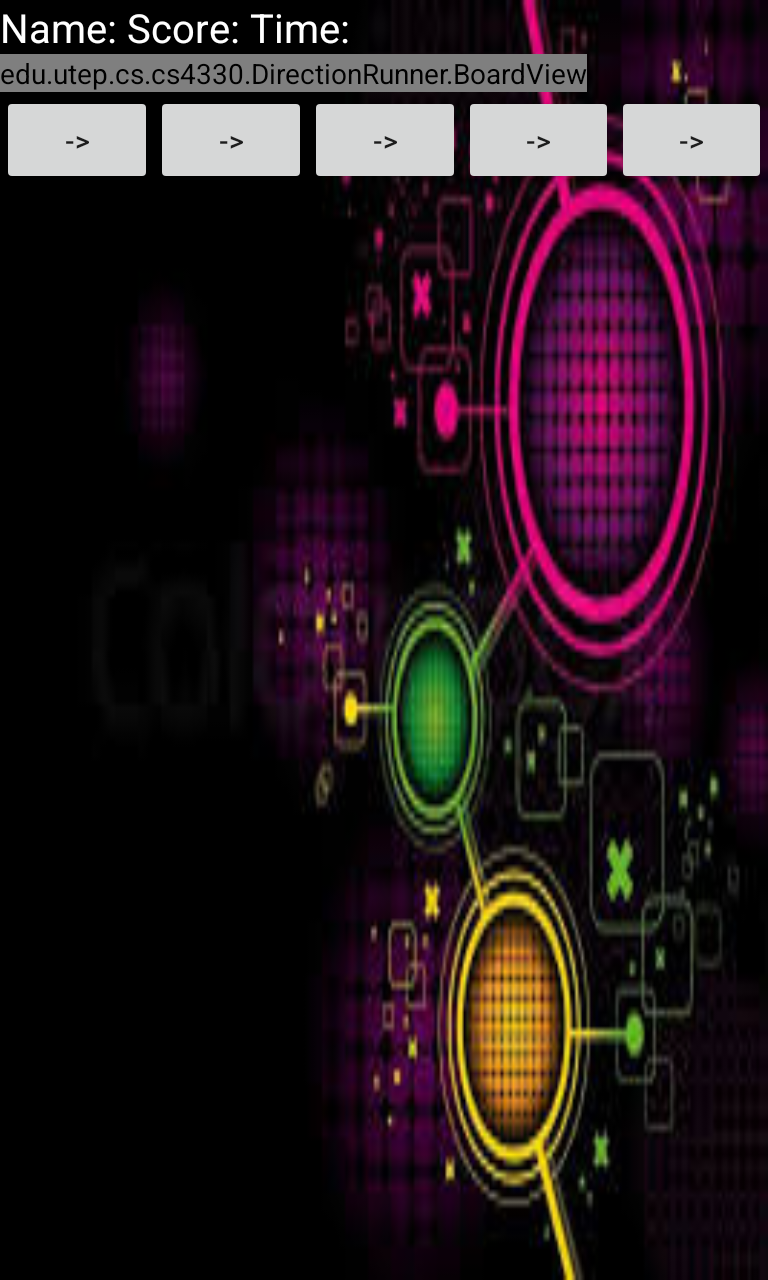
Repository: RedJaVa68/DirectionRunner
Layout: DirectionRunner/res/layout/game_activity.xml
An editor plug-in stored every save of this project. The layout is shown before and after the next save, followed by the edit.
Pictures or frames that could not be fetched are drawn as grey boxes. It is drawn on a 768 x 1280 px phone screen (xhdpi) without system bars, with theme AppTheme; the app's code is not run.

Above is the layout before, as saved 2015-05-06 23:43:11.

After the next save:
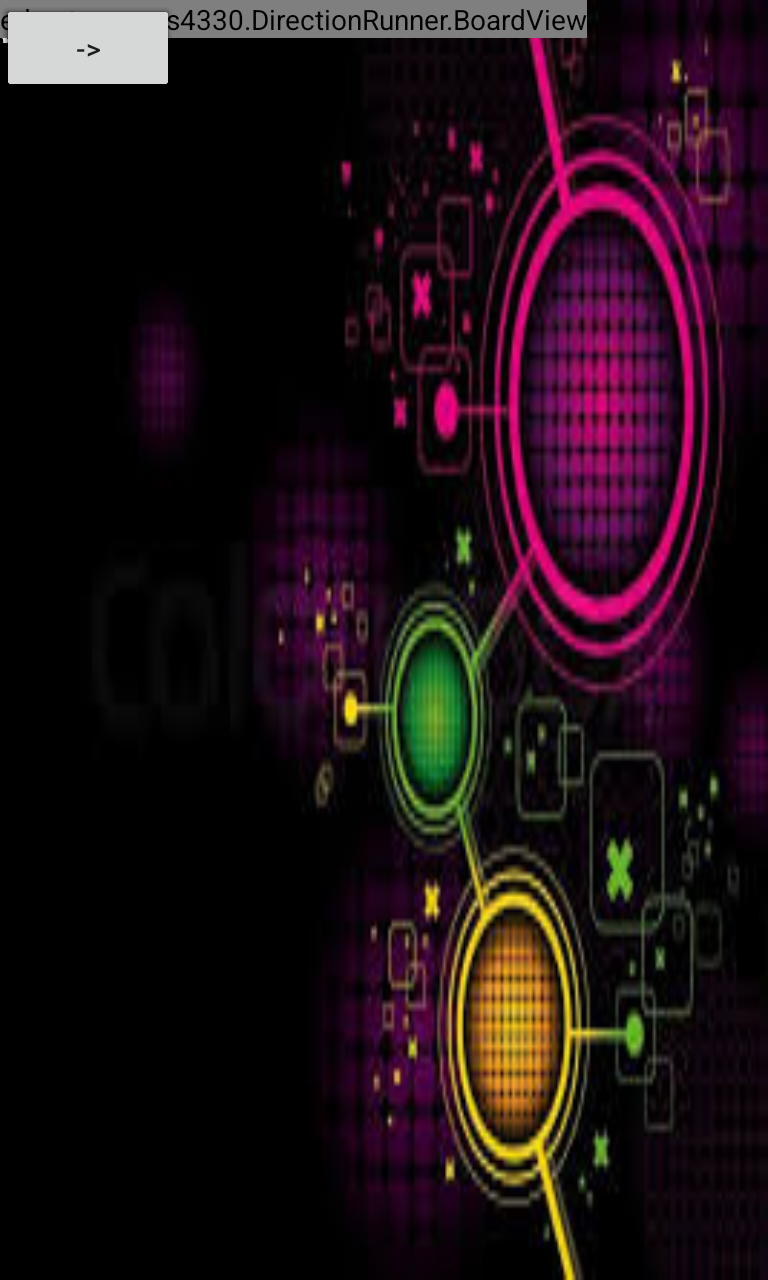
Saved 2 min 48 s later.
--- a/DirectionRunner/res/layout/game_activity.xml
+++ b/DirectionRunner/res/layout/game_activity.xml
@@ -4,13 +4,13 @@
     android:layout_height="match_parent"
     android:fillViewport="true"
     xmlns:android="http://schemas.android.com/apk/res/android">
-<LinearLayout
+<FrameLayout
     android:layout_width="fill_parent"
     android:layout_height="fill_parent"
     android:orientation="vertical"
     android:weightSum="3"
     android:background="@drawable/bg">
-    <LinearLayout
+    <FrameLayout
         android:layout_width="wrap_content"
         android:layout_height="wrap_content"
         android:orientation="horizontal">
@@ -39,8 +39,8 @@
             android:textSize="20sp"
             android:textColor="#ffffff"/>
 
-    </LinearLayout>
-    <LinearLayout
+    </FrameLayout>
+    <FrameLayout
         android:layout_width="wrap_content"
         android:layout_height="wrap_content"
         android:orientation="horizontal">
@@ -49,8 +49,8 @@
         	android:id="@+id/boardView"
         	android:layout_width="wrap_content"
         	android:layout_height="wrap_content"/>
-    </LinearLayout>
-    <LinearLayout
+    </FrameLayout>
+    <FrameLayout
         android:layout_width="wrap_content"
         android:layout_height="wrap_content"
         android:orientation="horizontal">
@@ -89,6 +89,6 @@
         	android:layout_height="wrap_content"
         	android:text="->"
         	android:onClick="button5"/>
-    </LinearLayout>
-</LinearLayout>
+    </FrameLayout>
+</FrameLayout>
 </ScrollView>
